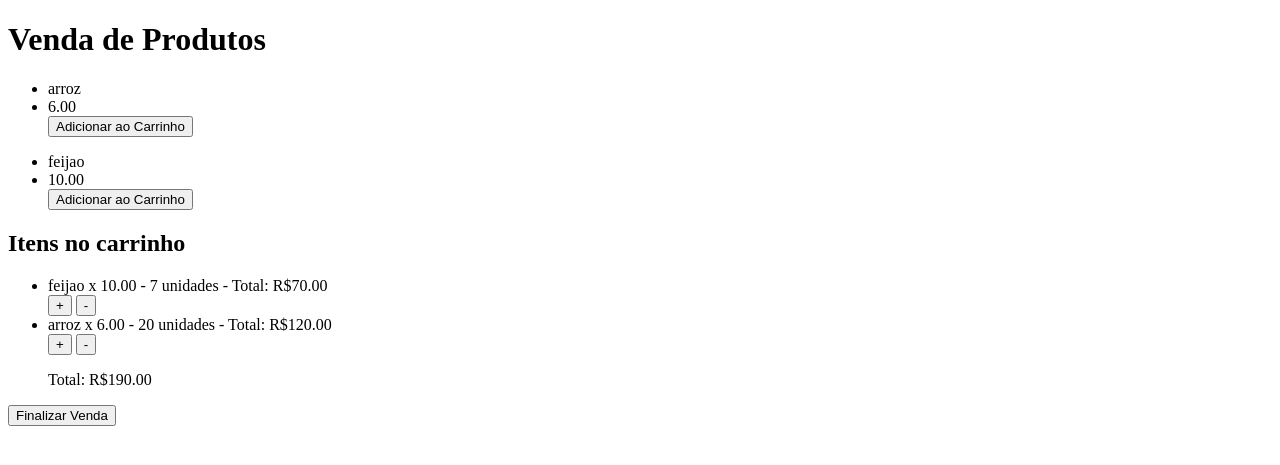
Repository: joaobatistafrontend/test-venda
Page: http://localhost/
These files come from the project's save history. The page is drawn as it stood at one moment and after the next save; the edit follows.
The browser window is 1280 px wide. The pictures show the whole page.
The page is served by the project's application, run on Django 4.2 (manage.py). Other server files are loaded and not shown. The page reads the database file committed with the project.

Above is the page before, as saved 2024-09-26 23:09:57.

### templates/venda.html
<!DOCTYPE html>
<html lang="en">
<head>
    <meta charset="UTF-8">
    <meta name="viewport" content="width=device-width, initial-scale=1.0">
    <title>Venda de Produtos</title>
</head>
<body>
    <h1>Venda de Produtos</h1>

    <!-- Exibição dos produtos disponíveis -->
    {% for p in produtos %}
        <ul>
            <li>{{ p.nome }}</li>
            <li>{{ p.valor }}</li>

            <!-- Formulário para adicionar o produto ao carrinho -->
            <form action="" method="post">
                {% csrf_token %}
                <input type="hidden" name="produto_id" value="{{ p.id }}">
                <button class="btn btn-primary" type="submit">Adicionar ao Carrinho</button>
            </form>
        </ul>
    {% endfor %}


    <!-- Botão para finalizar a venda -->
    <form action="{% url 'finalizar_venda' %}" method="post">
        {% csrf_token %}
        <h2>Itens no carrinho</h2>
        <ul>
            {% for item in item %}
                <li>{{ item.produto }} - {{ item.quantidade }} unidades - Total: R${{ item.preco_total }}</li>
                <button class="btn btn-primary" type="button" onclick="location.href='{% url 'add_da_venda' item.produto.pk %}'">+</button>
                <button class="btn btn-danger" type="button" onclick="location.href='{% url 'remover_da_venda' item.produto.pk %}'">-</button>
            {% endfor %}
            <p>Total: R${{ total }}</p>
        </ul>
        <button type="submit" class="btn btn-success">Finalizar Venda</button>
    </form>

</body>
</html>

### core/models.py
from django.db import models
from django.db.models import Max
from decimal import Decimal
from django.db.models.signals import pre_save
from django.dispatch import receiver
from datetime import date
from django.utils import timezone


class NovaCategoria(models.Model):
    nome = models.CharField(max_length=100)
    def __str__(self) -> str:
        return f'{self.nome}'


class Produto(models.Model):
    nome = models.CharField(max_length=100, blank=True, null=True)
    valor = models.DecimalField(max_digits=10, decimal_places=2, blank=True, null=True)
    tipo_categoria = models.ForeignKey(NovaCategoria, on_delete=models.CASCADE)

    def __str__(self):
        return f"{self.nome} x {self.valor}"


class ItemDoCarrinho(models.Model):
    produto = models.ForeignKey(Produto, on_delete=models.CASCADE)
    quantidade = models.PositiveIntegerField(default=0)
    preco_total = models.DecimalField(max_digits=10, decimal_places=2, null=True, blank=True)

    def save(self, *args, **kwargs):
        # Calcula o preço total do item no carrinho com base no valor do produto
        self.preco_total = self.produto.valor * self.quantidade
        super(ItemDoCarrinho, self).save(*args, **kwargs)

    def __str__(self):
        return f"{self.quantidade} x {self.produto.nome}"

class Carrinho(models.Model):

    produto = models.ForeignKey(Produto, on_delete=models.CASCADE)
    quantidade = models.IntegerField(default=1)

    def save(self, *args, **kwargs):
        # Calcula o preço total do item no carrinho com base no valor do produto
        self.preco_total = self.produto.valor * self.quantidade
        super(Carrinho, self).save(*args, **kwargs)

    def __str__(self):
        return f"{self.quantidade} x {self.produto.nome}"


class Venda(models.Model):
    numero_venda = models.IntegerField()
    data_venda = models.DateField(default=date.today)

    def __str__(self):
        return f"Venda #{self.numero_venda} - {self.data_venda}"


class VendaDoProduto(models.Model):
    venda = models.ForeignKey(Venda, on_delete=models.CASCADE, related_name='itens', blank=True, null=True)
    produto = models.ForeignKey(Produto, on_delete=models.CASCADE)
    qtd = models.IntegerField(blank=True, null=True)
    data_venda = models.DateField()  # Remova auto_now_add=True
    total = models.DecimalField(max_digits=10, decimal_places=2, blank=True, null=True)

    def __str__(self):
        return f"Venda {self.venda} - Produto {self.produto.nome} - {self.qtd} unidades - Total: R${self.total} - Data {self.data_venda}"




# Função que será chamada antes de salvar uma instância de VendaDoProduto
@receiver(pre_save, sender=VendaDoProduto)
def update_total(sender, instance, **kwargs):
    # Verifica se o produto e a quantidade não são nulos e calcula o total
    if instance.produto.valor and instance.qtd:
        instance.total = instance.produto.valor * instance.qtd
    else:
        instance.total = 0  # Define total como 0 se valor ou qtd forem nulos

### core/venda.py
from django.shortcuts import render, redirect
from django.views.generic import TemplateView
from .models import Produto, ItemDoCarrinho, Venda, VendaDoProduto
from django.utils import timezone
from django.db.models import Max
from django.shortcuts import render, get_object_or_404
class VendaView(TemplateView):
    template_name = 'venda.html'

    def get(self, request):
        produtos = Produto.objects.all()
        carrinho = ItemDoCarrinho.objects.all()  # Pega os itens do carrinho

        total = sum(item.produto.valor * item.quantidade for item in carrinho)
        vendas = VendaDoProduto.objects.all()


        item = ItemDoCarrinho.objects.all()

        total = sum(item.produto.valor * item.quantidade for item in carrinho)

        return render(request, self.template_name, {'produtos': produtos, 'carrinho': carrinho, 'item' : item, 'vendas' : vendas, 'total' : total,})



    def post(self, request):
        # Quando o botão "Adicionar ao Carrinho" for pressionado
        produto_id = request.POST.get('produto_id')
        produto = Produto.objects.get(id=produto_id)

        # Verifica se o item já existe no carrinho
        carrinho_item, created = ItemDoCarrinho.objects.get_or_create(produto=produto)

        if created:
            # Se for a primeira vez que o produto está sendo adicionado, define quantidade como 1
            carrinho_item.quantidade = 1
        else:
            # Se o item já existir no carrinho, incrementa a quantidade
            carrinho_item.quantidade += 1

        carrinho_item.save()  # Salva o item no carrinho com a quantidade correta

        # Redireciona para a mesma página após adicionar o produto
        return redirect('venda')

# Função para finalizar a venda e criar a instância de Venda e VendaDoProduto
def finalizar_venda(request):
    itens_do_carrinho = ItemDoCarrinho.objects.all()

    if itens_do_carrinho.exists():
        # Criar uma nova venda
        nova_venda = Venda.objects.create(numero_venda=get_proximo_numero_venda(), data_venda=timezone.now())

        # Para cada item no carrinho, cria um VendaDoProduto
        for item in itens_do_carrinho:
            VendaDoProduto.objects.create(
                venda=nova_venda,
                produto=item.produto,
                qtd=item.quantidade,
                data_venda=timezone.now(),
                total=item.produto.valor * item.quantidade
            )

        # Limpa o carrinho após a venda
        itens_do_carrinho.delete()

    return redirect('venda')  # Redireciona para a página de vendas

def get_proximo_numero_venda():
    ultima_venda = Venda.objects.aggregate(Max('numero_venda'))
    proximo_numero = (ultima_venda['numero_venda__max'] or 0) + 1
    return proximo_numero



def add_da_venda(request, produto_id):
    # Pega o produto específico e a venda relacionada
    produto = get_object_or_404(Produto, pk=produto_id)
    venda_produto, created = VendaDoProduto.objects.get_or_create(
        produto=produto,
        venda__id=request.session.get('venda_id')  # Pega a venda ativa via session
    )

    # Incrementa a quantidade de produtos na venda
    venda_produto.qtd += 1
    venda_produto.total = venda_produto.qtd * produto.valor  # Atualiza o total
    venda_produto.save()

    return redirect('venda')

def remover_da_venda(request, produto_id):
    # Pega o produto específico e a venda relacionada
    produto = get_object_or_404(Produto, pk=produto_id)
    venda_produto = get_object_or_404(VendaDoProduto, produto=produto, venda__id=request.session.get('venda_id'))

    if venda_produto.qtd > 1:
        # Decrementa a quantidade
        venda_produto.qtd -= 1
        venda_produto.total = venda_produto.qtd * produto.valor  # Atualiza o total
        venda_produto.save()
    else:
        # Se a quantidade for 1, remove o item da venda
        venda_produto.delete()

    return redirect('venda')

### venda/urls.py
"""
URL configuration for venda project.

The `urlpatterns` list routes URLs to views. For more information please see:
    https://docs.djangoproject.com/en/4.2/topics/http/urls/
Examples:
Function views
    1. Add an import:  from my_app import views
    2. Add a URL to urlpatterns:  path('', views.home, name='home')
Class-based views
    1. Add an import:  from other_app.views import Home
    2. Add a URL to urlpatterns:  path('', Home.as_view(), name='home')
Including another URLconf
    1. Import the include() function: from django.urls import include, path
    2. Add a URL to urlpatterns:  path('blog/', include('blog.urls'))
"""
from django.contrib import admin
from django.urls import path, include

urlpatterns = [
    path('admin/', admin.site.urls),
    path('', include('core.urls')),
]

### core/urls.py
from django.urls import path
from .views import *
from .venda import *

urlpatterns = [
    path('i', VendaView.as_view(), name='venda'),
    path('', VendaView.as_view(), name='venda'),
    path('finalizar/', finalizar_venda, name='finalizar_venda'),




    path('adicionar/<int:produto_id>/', adicionar_ao_carrinho, name='adicionar_ao_carrinho'),
    path('add_prod_carrinho/<int:produto_id>/', adicionar_no_carrinho, name='adicionar_no_carrinho'),
    path('remover_prod_carrinho/<int:produto_id>/', remover_do_carrinho, name='remover_do_carrinho'),
    path('remover_todos_do_carrinho/<int:produto_id>/', remover_todos_do_carrinho, name='remover_todos_do_carrinho'),

    path('add_prod_carrinho/<int:produto_id>/', add_da_venda, name='add_da_venda'),
    path('remover_prod_carrinho/<int:produto_id>/', remover_da_venda, name='remover_da_venda'),
]

### db.sqlite3 (the tables this page reads, as SQL)
CREATE TABLE "core_itemdocarrinho" ("id" integer NOT NULL PRIMARY KEY AUTOINCREMENT, "quantidade" integer unsigned NOT NULL CHECK ("quantidade" >= 0), "preco_total" decimal NULL, "produto_id" bigint NOT NULL REFERENCES "core_produto" ("id") DEFERRABLE INITIALLY DEFERRED);
INSERT INTO "core_itemdocarrinho" VALUES
(64, 7, 70, 2),
(65, 20, 120, 1);

CREATE TABLE "core_produto" ("id" integer NOT NULL PRIMARY KEY AUTOINCREMENT, "nome" varchar(100) NULL, "valor" decimal NULL, "tipo_categoria_id" bigint NOT NULL REFERENCES "core_novacategoria" ("id") DEFERRABLE INITIALLY DEFERRED);
INSERT INTO "core_produto" VALUES
(1, 'arroz', 6, 1),
(2, 'feijao', 10, 1);

After the next save:
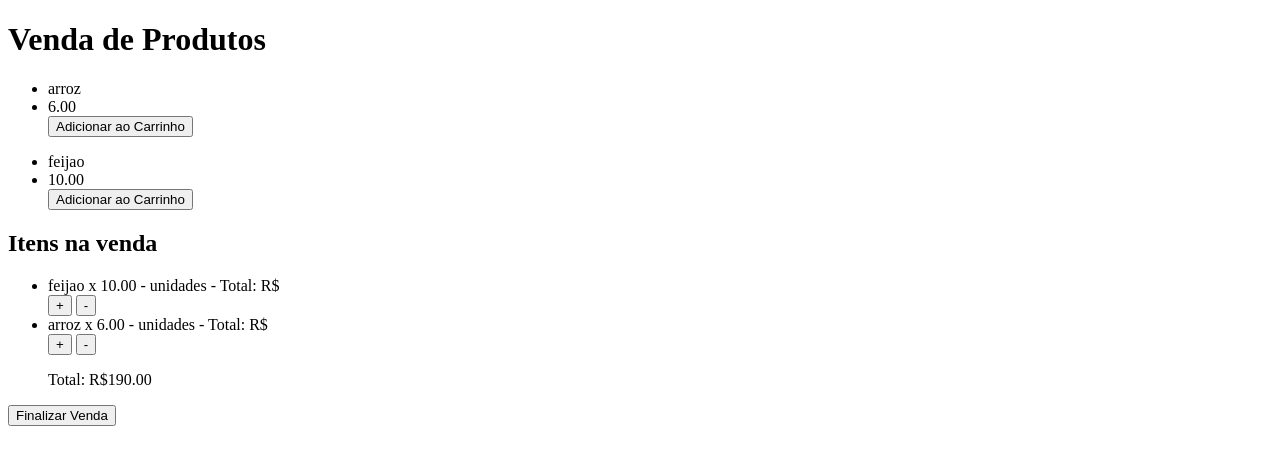
Saved 31 s later.
--- a/templates/venda.html
+++ b/templates/venda.html
@@ -27,10 +27,10 @@
     <!-- Botão para finalizar a venda -->
     <form action="{% url 'finalizar_venda' %}" method="post">
         {% csrf_token %}
-        <h2>Itens no carrinho</h2>
+        <h2>Itens na venda</h2>
         <ul>
             {% for item in item %}
-                <li>{{ item.produto }} - {{ item.quantidade }} unidades - Total: R${{ item.preco_total }}</li>
+                <li>{{ item.produto }} - {{ item.qtd }} unidades - Total: R${{ item.total }}</li>
                 <button class="btn btn-primary" type="button" onclick="location.href='{% url 'add_da_venda' item.produto.pk %}'">+</button>
                 <button class="btn btn-danger" type="button" onclick="location.href='{% url 'remover_da_venda' item.produto.pk %}'">-</button>
             {% endfor %}
